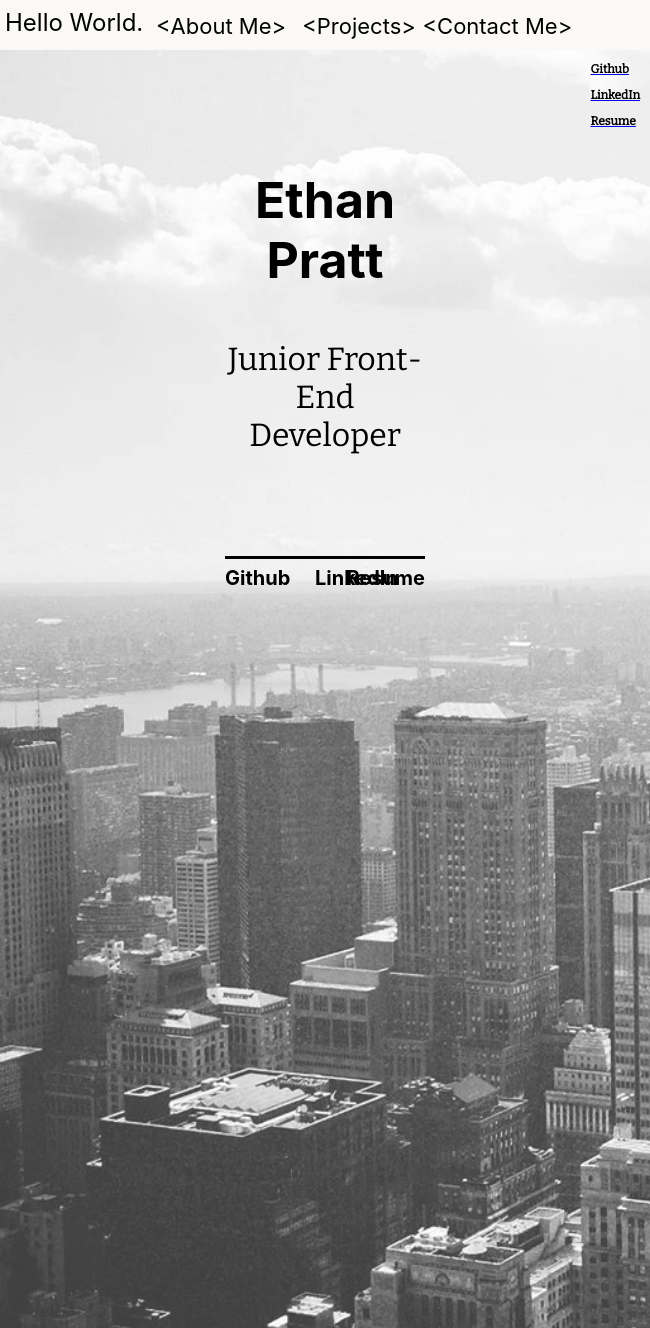
Repository: ghend99/website_ethan_pratt
Page: /
An editor plug-in stored every save of this project. The page is shown before and after the next save, followed by the edit.
The browser window is 600 px wide. The page is 650 px wide, so the pictures cover 650 px, including what lies to the right of the window. The pictures show the whole page.
The project was rebuilt for these pictures with package versions that can differ from the ones it lists, and the page was loaded fresh each time. Also part of the build but not shown: src/css/about.css, src/pages/about.js, src/pages/project.js, src/css/contact.css, src/pages/contact.js.

Above is the page before, as saved 2023-04-25 09:18:09.

After the next save:
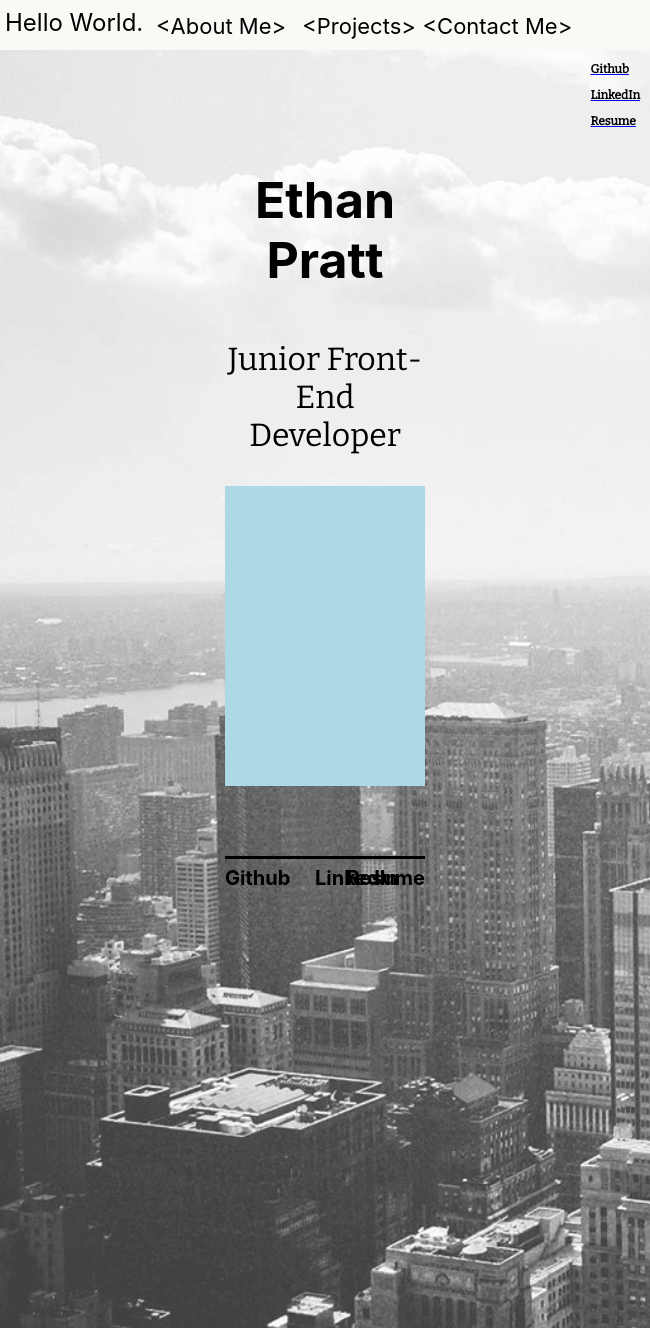
Saved 12 s later.
--- a/src/css/home.css
+++ b/src/css/home.css
@@ -63,5 +63,7 @@
 
   #home-socials-container {
     min-width: 200px;
+    min-height: 300px;
+    background-color: lightblue;
   }
 }
